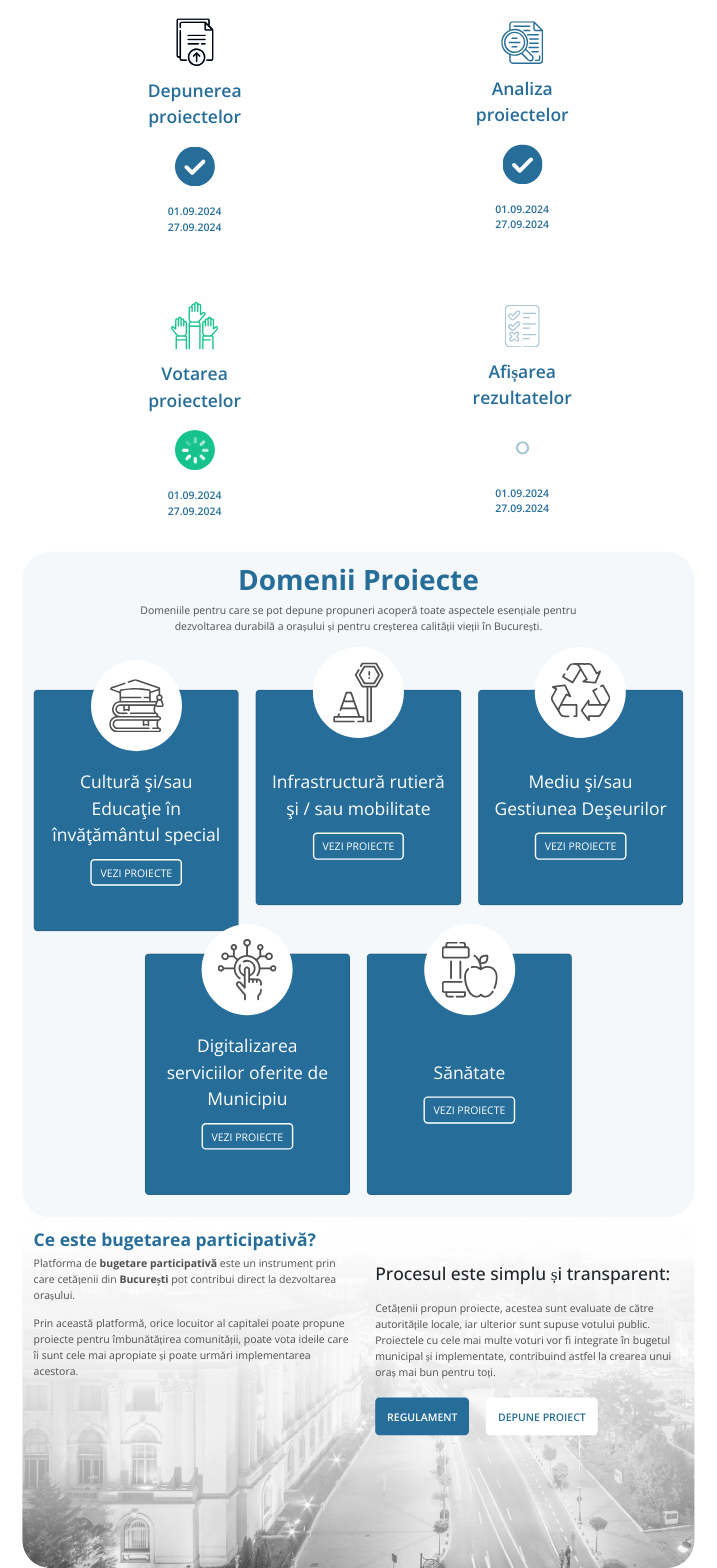
Repository: cosmin05072018/webis-task
Page: index.html
The author's editor kept a copy of each file at every save. The page is drawn from the files as they stood at one save, then again after the next save.
The browser window is 1024 px wide. The pictures show the part of the page from y = 746 to 2986 px (the page is 2986 px tall), at 70% of full size.

Above is the page before, as saved 2024-10-05 18:03:35.

After the next save:
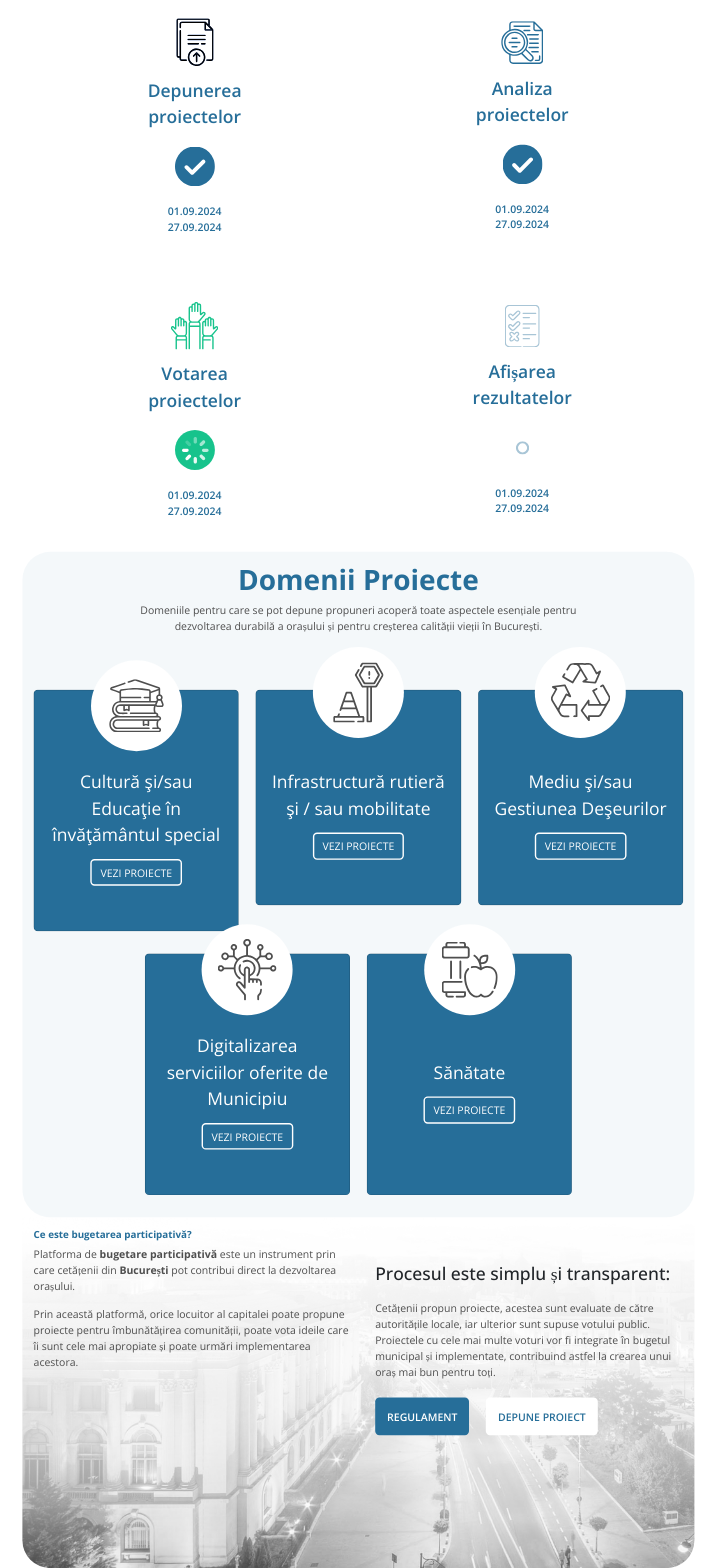
Saved 115 s later.
--- a/assets/css/style.css
+++ b/assets/css/style.css
@@ -465,6 +465,9 @@
   .info-section .title{
     font-size: 25px;
   }
+  .info-section .title{
+    font-size: 14px;
+  }
 
 }
 

After the save that followed:
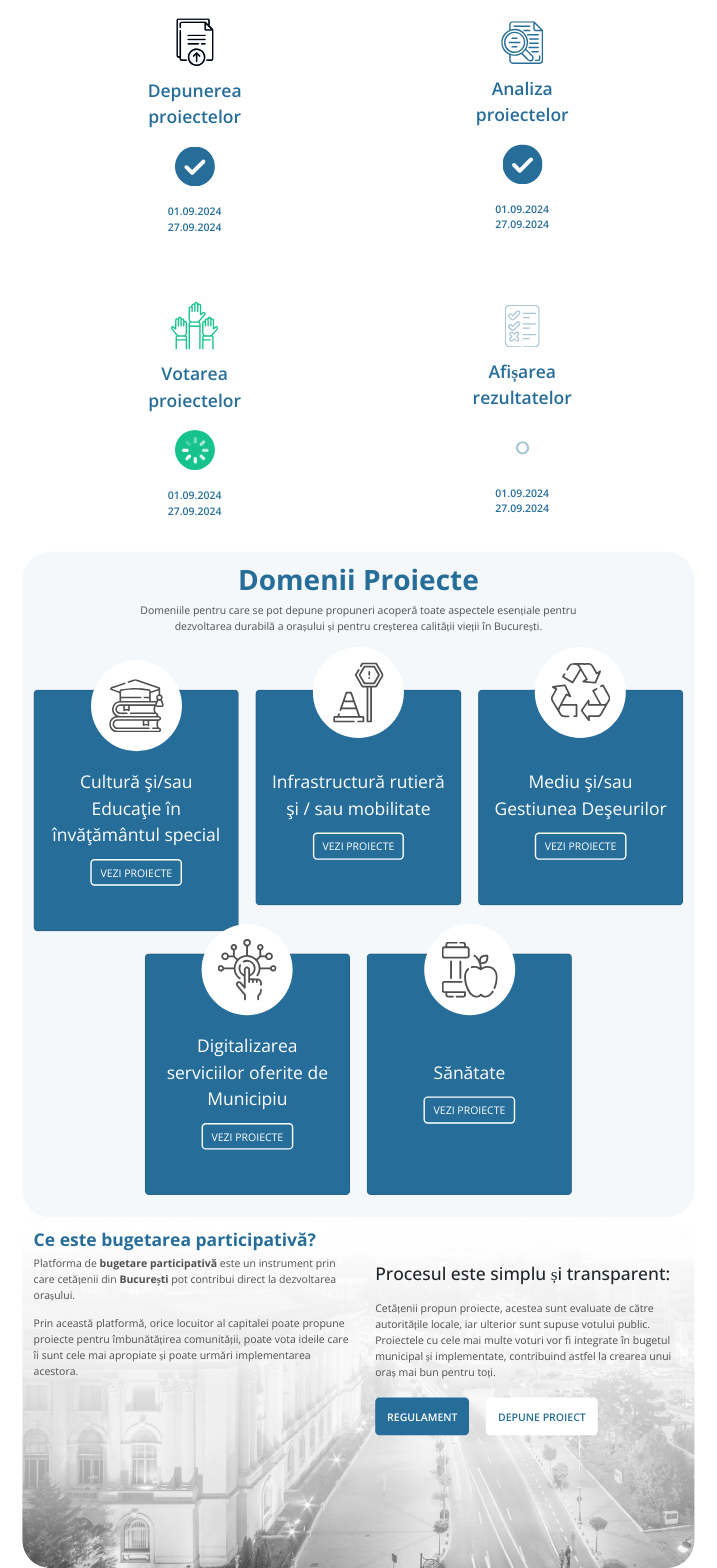
Saved 27 s later.
--- a/assets/css/style.css
+++ b/assets/css/style.css
@@ -466,7 +466,7 @@
     font-size: 25px;
   }
   .info-section .title{
-    font-size: 14px;
+    /* font-size: 14px; */
   }
 
 }
